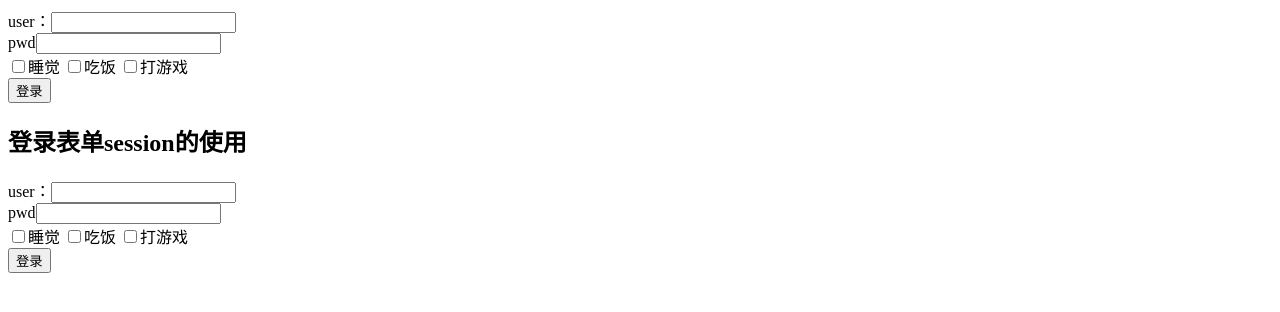
Repository: 0qiqi0/DOM-CSS-JS-JSP-study
Page: http://localhost/JSP2_02_inner_obj/request.jsp
The author's editor kept a copy of each file at every save. The page is drawn from the files as they stood at one save, then again after the next save.
The browser window is 1280 px wide. The pictures show the whole page.
The page is served by Tomcat 9.

Above is the page before, as saved 2016-01-29 12:10:50.

### JSP2_02_inner_obj/WebContent/request.jsp
<%@ page language="java" contentType="text/html; charset=UTF-8"
    pageEncoding="UTF-8"%>
<!DOCTYPE html PUBLIC "-//W3C//DTD HTML 4.01 Transitional//EN" "http://www.w3.org/TR/html4/loose.dtd">
<html>
<head>
<meta http-equiv="Content-Type" content="text/html; charset=UTF-8">
<title>Insert title here</title>
</head>
<body>
	<form action="request_receive.jsp" method="post" >
		user：<input type="text" name="user"/><br/>
		pwd<input type="password" name="pwd"/><br/>
		<input type="checkbox" name="likes" value="睡觉">睡觉
		<input type="checkbox" name="likes" value="吃饭">吃饭
		<input type="checkbox" name="likes" value="打游戏">打游戏<br/>



		<input type="submit" value="登录"/><br/>
	</form>
	<h2>登录表单session的使用</h2>
	<form action="request_receive.jsp" method="post" >
		user：<input type="text" name="user"/><br/>
		pwd<input type="password" name="pwd"/><br/>
		<input type="checkbox" name="likes" value="睡觉">睡觉
		<input type="checkbox" name="likes" value="吃饭">吃饭
		<input type="checkbox" name="likes" value="打游戏">打游戏<br/>



		<input type="submit" value="登录"/><br/>
	</form>
</body>
</html>

After the next save:
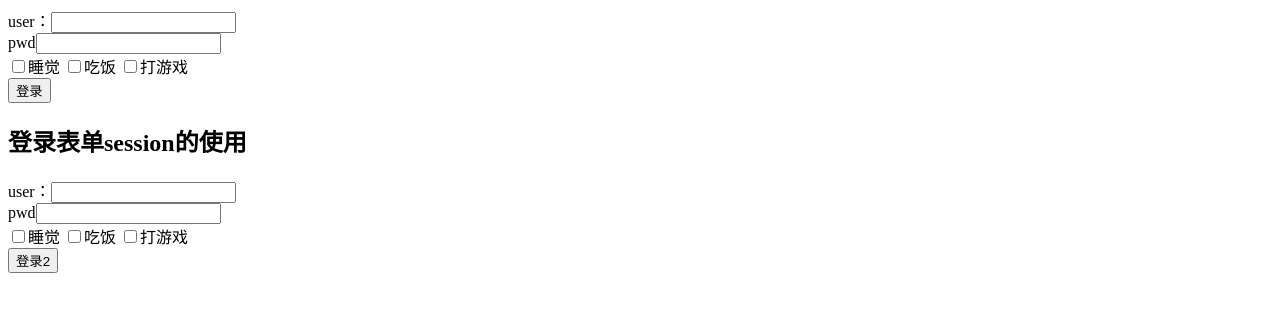
Saved 20 s later.
--- a/JSP2_02_inner_obj/WebContent/request.jsp
+++ b/JSP2_02_inner_obj/WebContent/request.jsp
@@ -19,7 +19,7 @@
 		<input type="submit" value="登录"/><br/>
 	</form>
 	<h2>登录表单session的使用</h2>
-	<form action="request_receive.jsp" method="post" >
+	<form action="session.jsp" method="post" >
 		user：<input type="text" name="user"/><br/>
 		pwd<input type="password" name="pwd"/><br/>
 		<input type="checkbox" name="likes" value="睡觉">睡觉
@@ -28,7 +28,7 @@
 
 
 
-		<input type="submit" value="登录"/><br/>
+		<input type="submit" value="登录2"/><br/>
 	</form>
 </body>
 </html>
